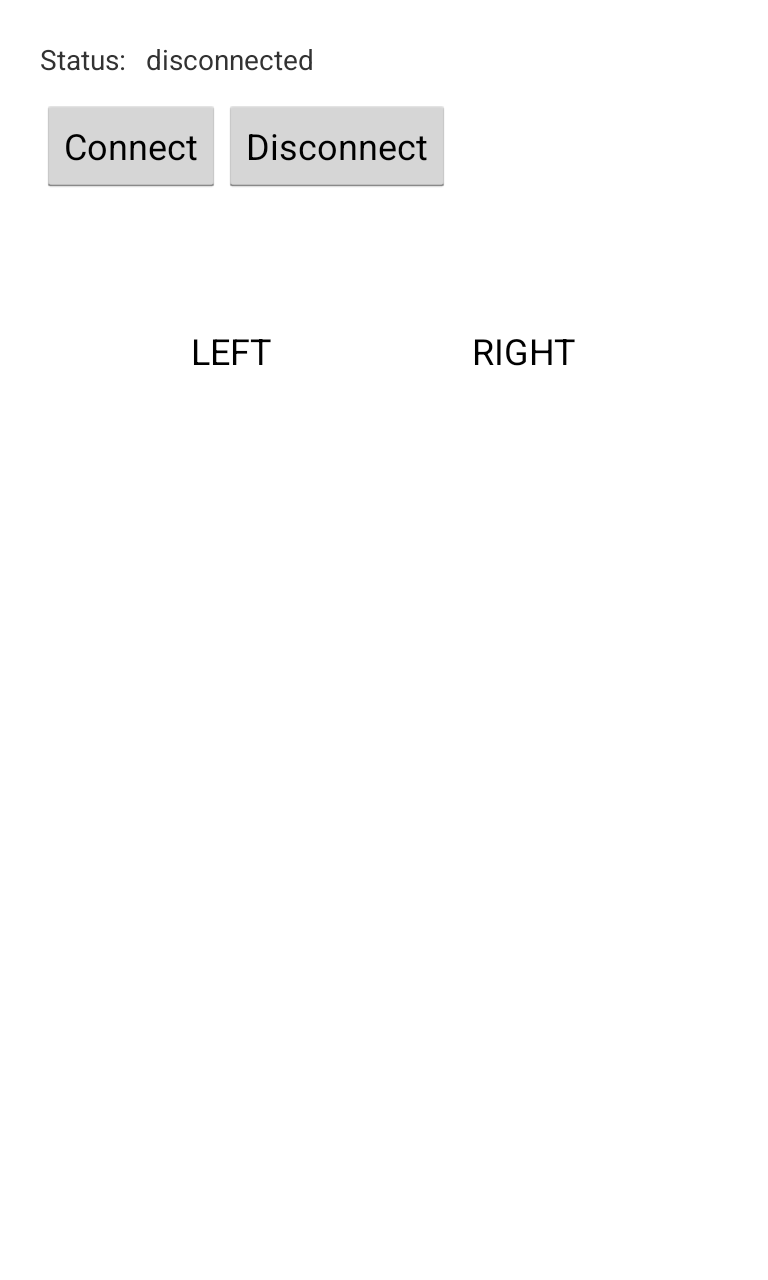
Repository: bigw00d/BleSampleRep
Layout: Android/BleSample2/res/layout/activity_main.xml
These files come from the project's save history. The layout is drawn as it stood at one moment and after the next save; the edit follows.
It is drawn on a 768 x 1280 px phone screen (xhdpi) without system bars, with theme AppTheme; the app's code is not run.

Above is the layout before, as saved 2015-08-13 02:54:34.

### Android/BleSample2/res/layout/activity_main.xml
<?xml version="1.0" encoding="utf-8"?>
<RelativeLayout xmlns:android="http://schemas.android.com/apk/res/android"
              android:layout_width="match_parent"
              android:layout_height="match_parent"
              android:padding="20dp">

    <TextView
            android:layout_width="wrap_content"
            android:layout_height="wrap_content"
            android:text="Status:"
            android:layout_alignParentLeft="true"
            android:layout_marginLeft="0dp"
            android:layout_alignParentTop="true"
            android:layout_marginTop="0dp"
            android:id="@+id/textView"/>

    <TextView
            android:layout_width="wrap_content"
            android:layout_height="wrap_content"
            android:text="disconnected"
            android:id="@+id/text_status"
            android:layout_alignParentTop="true"
            android:layout_toRightOf="@+id/textView"
            android:layout_marginLeft="10dp"/>

    <Button
            android:layout_width="wrap_content"
            android:layout_height="wrap_content"
            android:text="Connect"
            android:id="@+id/btn_connect"
            android:layout_marginTop="10dp"
            android:layout_below="@id/textView"
            android:layout_alignLeft="@id/textView"/>

    <Button
            android:layout_width="wrap_content"
            android:layout_height="wrap_content"
            android:text="Disconnect"
            android:id="@+id/btn_disconnect"
            android:layout_alignTop="@+id/btn_connect"
            android:layout_toRightOf="@id/btn_connect"/>

    <LinearLayout
            android:layout_width="wrap_content"
            android:layout_height="wrap_content"
            android:layout_below="@+id/btn_connect"
            android:layout_centerHorizontal="true"
            android:layout_marginTop="46dp">

        <TextView
                android:layout_width="wrap_content"
                android:layout_height="wrap_content"
                android:textAppearance="?android:attr/textAppearanceMedium"
                android:text="LEFT"
                android:id="@+id/left"
                android:layout_gravity="center"
                android:padding="20dp"/>

        <View android:layout_width="60dp"
              android:layout_height="match_parent"/>

        <TextView
                android:layout_width="wrap_content"
                android:layout_height="wrap_content"
                android:textAppearance="?android:attr/textAppearanceMedium"
                android:text="RIGHT"
                android:id="@+id/right"
                android:layout_gravity="center"
                android:padding="20dp"/>
    </LinearLayout>
</RelativeLayout>

Loaded but not shown: Android/BleSample2/res/values/styles.xml (common file); Android/BleSample2/res/values-v11/styles.xml (common file); Android/BleSample2/res/values-v14/styles.xml (common file)

After the next save:
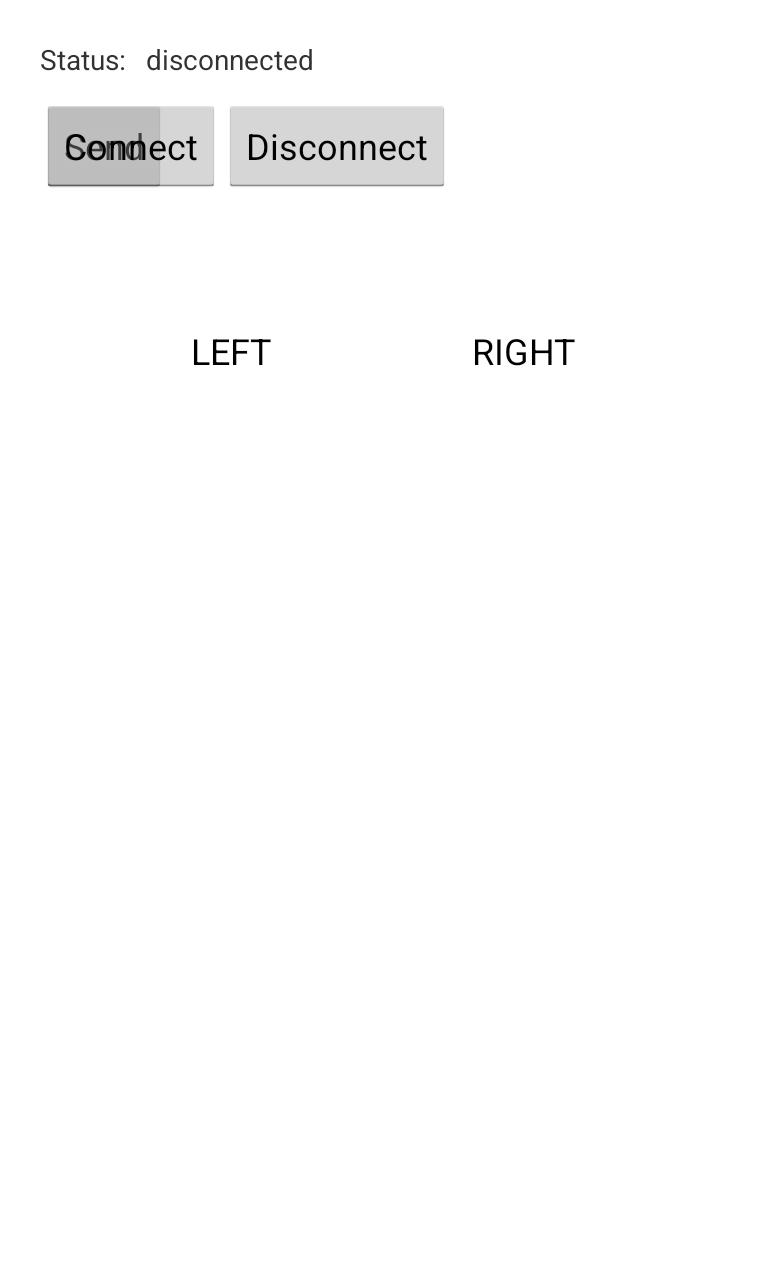
Saved 4 min 40 s later.
--- a/Android/BleSample2/res/layout/activity_main.xml
+++ b/Android/BleSample2/res/layout/activity_main.xml
@@ -26,7 +26,7 @@
     <Button
             android:layout_width="wrap_content"
             android:layout_height="wrap_content"
-            android:text="Connect"
+            android:text="Send"
             android:id="@+id/btn_connect"
             android:layout_marginTop="10dp"
             android:layout_below="@id/textView"
@@ -40,7 +40,16 @@
             android:layout_alignTop="@+id/btn_connect"
             android:layout_toRightOf="@id/btn_connect"/>
 
-    <LinearLayout
+    <Button
+            android:layout_width="wrap_content"
+            android:layout_height="wrap_content"
+            android:text="Connect"
+            android:id="@+id/btn_connect"
+            android:layout_marginTop="10dp"
+            android:layout_below="@id/textView"
+            android:layout_alignLeft="@id/textView"/>
+
+<LinearLayout
             android:layout_width="wrap_content"
             android:layout_height="wrap_content"
             android:layout_below="@+id/btn_connect"
